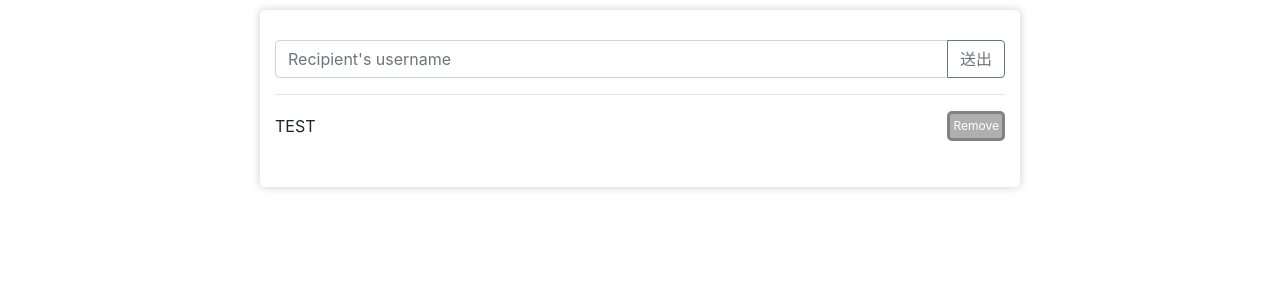
Repository: iian0910/vue3_todoList
Page: /
The author's editor kept a copy of each file at every save. The page is drawn from the files as they stood at one save, then again after the next save.
The browser window is 1280 px wide. The pictures show the whole page.
The project was rebuilt for these pictures with package versions that can differ from the ones it lists, and the page was loaded fresh each time.

Above is the page before, as saved 2021-02-23 16:12:04.

After the next save:
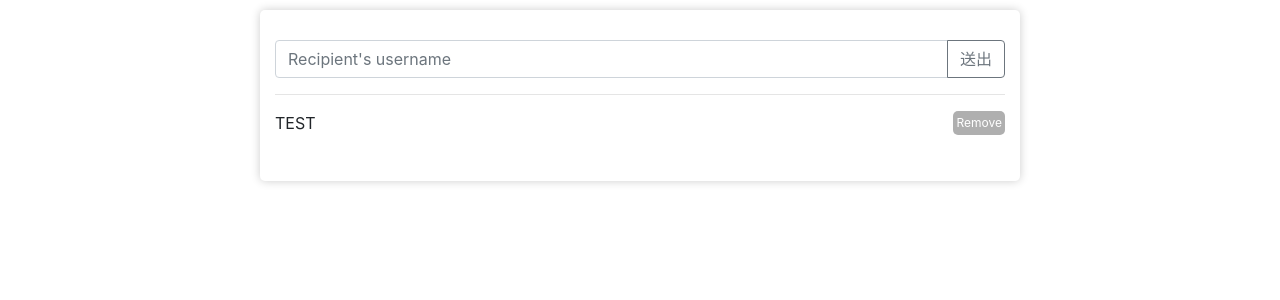
Saved 16 s later.
--- a/src/components/TodoList.vue
+++ b/src/components/TodoList.vue
@@ -91,10 +91,10 @@ export default defineComponent({
 }
 .remove-list{
   padding: 3px;
-  border: 3px solid rgb(130, 130, 130);
   border-radius: 5px;
   background-color: rgb(175, 175, 175);
   font-size: 12px;
   color: white;
+  cursor: pointer;
 }
 </style>
